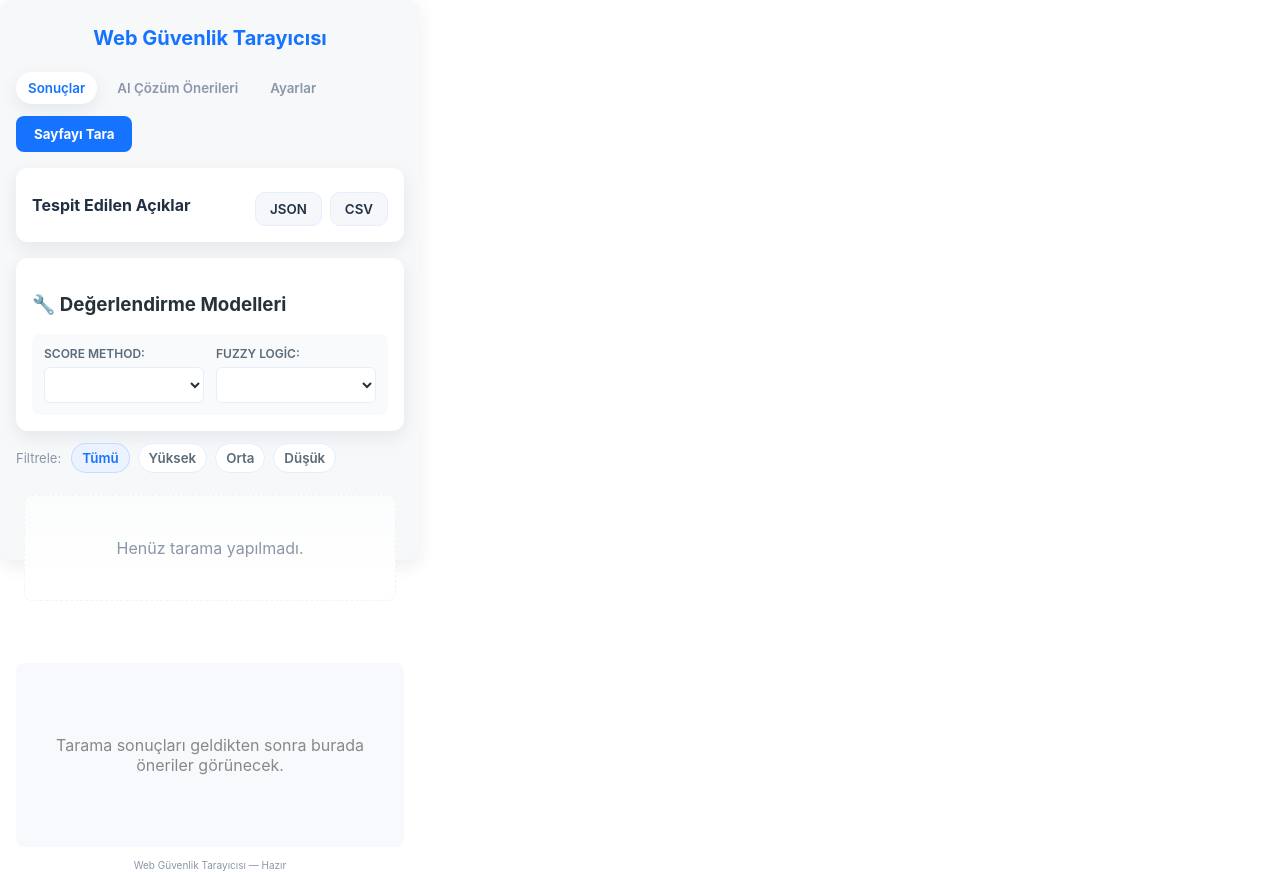
Repository: seliinduru/chrome-vuln-scanner
Page: popup.html
These files come from the project's save history. The page is drawn as it stood at one moment and after the next save; the edit follows.
The browser window is 1280 px wide. The pictures show the whole page.

Above is the page before, as saved 2025-11-05 19:17:17.
Console error: SyntaxError: Unexpected end of input

### popup.html
<!doctype html>
<html lang="tr">
<head>
  <meta charset="utf-8" />
  <title>Web Güvenlik Tarayıcısı</title>
  <link rel="stylesheet" href="styles.css">
</head>
<body>
  <div class="modal">
    <header class="modal-header">
      <h1>Web Güvenlik Tarayıcısı</h1>
    </header>

    <nav class="tabs">
      <button class="tab active" data-tab="results">Sonuçlar</button>
      <button class="tab" data-tab="ai">AI Çözüm Önerileri</button>
      <button class="tab" data-tab="settings">Ayarlar</button>
    </nav>

    <!-- === ANA İÇERİK ALANI === -->
    <div class="main-content">

      <!-- =================================================================== -->
      <!-- === SONUÇLAR SEKMESİ İÇERİĞİ === -->
      <!-- =================================================================== -->
      <section id="results" class="tab-content active">
        <div class="controls">
          <button id="scanBtn" class="primary">Sayfayı Tara</button>
        </div>
        <div class="card">
          <div class="card-title">
            <h2>Tespit Edilen Açıklar</h2>
            <div class="export-buttons">
              <button id="exportJson" title="JSON">JSON</button>
              <button id="exportCsv" title="CSV">CSV</button>
            </div>
          </div>
        </div>
        <div class="card">
          <h3>🔧 Değerlendirme Modelleri</h3>
          <div class="model-selector">
            <div class="model-group">
              <label>Score Method:</label>
              <select id="scoreMethodSelect"></select>
            </div>
            <div class="model-group">
              <label>Fuzzy Logic:</label>
              <select id="fuzzyLogicSelect"></select>
            </div>
          </div>
        </div>
        <div class="filters">
          <span>Filtrele:</span>
          <div class="filter-buttons">
            <button class="filter active" data-sev="all">Tümü</button>
            <button class="filter" data-sev="high">Yüksek</button>
            <button class="filter" data-sev="medium">Orta</button>
            <button class="filter" data-sev="low">Düşük</button>
          </div>
        </div>

        <!-- YENİ: Liste ve Detayları içeren Konteyner -->
        <div id="resultsContainer">
          <!-- Zafiyet Listesi -->
          <div id="vulnList" class="vuln-list">
            <div class="empty-state">
              <p>Henüz tarama yapılmadı.</p>
            </div>
          </div>
          <!-- Zafiyet Detayları (Başlangıçta Gizli) -->
          <div id="vulnDetails" style="display: none;">
            <!-- Detay içeriği JS tarafından eklenecek -->
          </div>
        </div>

      </section>

      <!-- =================================================================== -->
      <!-- === AI ÇÖZÜM ÖNERİLERİ SEKMESİ İÇERİĞİ === -->
      <!-- =================================================================== -->
      <section id="ai" class="tab-content">
        <div class="card">
          <div id="aiSuggestions">
            <p class="muted">Tarama sonuçları geldikten sonra burada öneriler görünecek.</p>
          </div>
        </div>
      </section>

    </div> <!-- Ana İçerik Alanı Bitişi -->


    <footer class="modal-footer">
      <small>Web Güvenlik Tarayıcısı — <span id="statusText">Hazır</span></small>
    </footer>
  </div>
  <script src="popup.js"></script>
</body>
</html>

### popup.js
// popup.js - DETAY PANELİ ÖZELLİĞİ EKLENMİŞ NİHAİ VERSİYON

document.addEventListener('DOMContentLoaded', () => {

    // =========================================================================
    // GLOBAL STATE & DOM ELEMENTS
    // =========================================================================
    let currentVulns = [];
    let currentFilter = 'all';
    let selectedModels = { scoreMethod: 'gpt', fuzzyLogic: 'gpt' };
    let fuzzyLogicConfig = null;
    let scoreMethods = null;
    let isScanning = false;

    // DOM Elementleri
    const scanBtn = document.getElementById('scanBtn');
    const vulnList = document.getElementById('vulnList');
    const statusText = document.getElementById('statusText');
    const scoreMethodSelect = document.getElementById('scoreMethodSelect');
    const fuzzyLogicSelect = document.getElementById('fuzzyLogicSelect');
    const aiSuggestions = document.getElementById('aiSuggestions');
    const exportJsonBtn = document.getElementById('exportJson');
    const exportCsvBtn = document.getElementById('exportCsv');
    // YENİ DOM ELEMENTLERİ
    const vulnDetails = document.getElementById('vulnDetails');

    // =========================================================================
    // HELPER FUNCTIONS
    // =========================================================================
    const setStatus = (message) => { if (statusText) statusText.textContent = message; };
    const filterVulns = (vulns) => { if (currentFilter === 'all') return vulns; return vulns.filter(v => (v.severity || 'medium').toLowerCase() === currentFilter); };
    const downloadFile = (content, fileName, contentType) => { /* ... değişiklik yok ... */ };

    // =========================================================================
    // SCORE & FUZZY LOGIC ENGINES (Değişiklik yok)
    // =========================================================================
    const ScoreCalculator = { /* ... değişiklik yok ... */ };
    const FuzzyLogicEngine = { /* ... değişiklik yok ... */ };

    // =========================================================================
    // CORE LOGIC & RENDERING
    // =========================================================================
    const generateHybridResults = () => { /* ... değişiklik yok ... */ };
    const renderAiSuggestions = (vulns) => { /* ... değişiklik yok ... */ };

    // --- YENİ FONKSİYON: ZAFİYET DETAYLARINI GÖSTER ---
    const showVulnDetails = (vuln) => {
        if (!vuln || !vulnDetails) return;

        // Evidence'ı formatla
        const evidenceContent = vuln.evidence
            ? JSON.stringify(vuln.evidence, null, 2).replace(/</g, "&lt;").replace(/>/g, "&gt;")
            : 'Kanıt bulunamadı.';

        // Detay panelinin HTML içeriğini oluştur
        vulnDetails.innerHTML = `
            <div class="card detail-card">
                <button id="backToListBtn" class="back-button">← Sonuçlara Geri Dön</button>
                <div class="vuln-header">
                    <span class="vuln-severity severity-${vuln.severity}">${vuln.fuzzySeverity} (${vuln.llmScore}/100)</span>
                    <h4>${vuln.title}</h4>
                </div>
                <p class="detail-description">${vuln.details}</p>

                <h5>Risk Faktörleri</h5>
                <ul class="detail-factors">
                    <li><strong>Zafiyet Türü:</strong> ${vuln.type.toUpperCase()}</li>
                    <li><strong>Bulunduğu Yer:</strong> ${vuln.location}</li>
                    <li><strong>Tespit Sayısı:</strong> ${vuln.matchCount}</li>
                </ul>

                <h5>Teknik Kanıt (Evidence)</h5>
                <pre class="detail-evidence">${evidenceContent}</pre>
            </div>
        `;

        // Geri dön butonuna tıklama olayı ekle
        document.getElementById('backToListBtn').addEventListener('click', () => {
            vulnList.style.display = 'block';
            vulnDetails.style.display = 'none';
        });

        // Liste'yi gizle, detayları göster
        vulnList.style.display = 'none';
        vulnDetails.style.display = 'block';
    };

    const renderVulns = () => {
        if (!vulnList) return;

        // Başlangıçta detay panelini gizle, listeyi göster
        vulnDetails.style.display = 'none';
        vulnList.style.display = 'block';

        if (!fuzzyLogicConfig || !scoreMethods) {
            setStatus("Hata: Değerlendirme modelleri yüklenemedi.");
            vulnList.innerHTML = `<div class="empty-state"><p>Arka plan betiğinde hata oluştu.</p></div>`;
            return;
        }

        generateHybridResults();
        const filteredVulns = filterVulns(currentVulns);
        vulnList.innerHTML = '';
        if (filteredVulns.length === 0) {
            vulnList.innerHTML = '<div class="empty-state"><p>Tarama sonucu bulunamadı.</p></div>';
            setStatus(`Kullanıma hazır.`);
            return;
        }

        filteredVulns.forEach(vuln => {
            const item = document.createElement('div');
            const sevClass = (vuln.severity || 'medium').toLowerCase();
            item.className = `vuln-item severity-${sevClass} clickable`; // "clickable" sınıfı eklendi

            // Veri-indeksi ekleyerek hangi zafiyete tıklandığını bileceğiz
            item.dataset.vulnIndex = currentVulns.indexOf(vuln);

            item.innerHTML = `
                <div class="vuln-header">
                    <span class="vuln-severity ${sevClass}">${vuln.fuzzySeverity || 'Orta'} (${vuln.llmScore || 'N/A'}/100)</span>
                    <h4>${vuln.title || 'Bilinmeyen Açık'} (${vuln.type.toUpperCase()})</h4>
                </div>
                <p class="vuln-details">${vuln.details}</p>`;

            // Her bir zafiyet öğesine tıklama olayı ekle
            item.addEventListener('click', () => {
                const index = parseInt(item.dataset.vulnIndex, 10);
                showVulnDetails(currentVulns[index]);
            });

            vulnList.appendChild(item);
        });
        setStatus(`Tarama tamamlandı — ${filteredVulns.length} açık bulundu`);
    };

    // =========================================================================
    // COMMUNICATION & INITIALIZATION (Değişiklik yok)
    // =========================================================================
    const startScan = async () => { /* ... öncekiyle aynı ... */ };
    const loadInitialData = async () => { /* ... öncekiyle aynı ... */ };

    // =========================================================================
    // EVENT LISTENERS & INITIAL LOAD (Değişiklik yok)
    // =========================================================================
    // ...
    // KODUNUZDAKİ MEVCUT EVENT LISTENER'LARI VE loadInitialData() ÇAĞRISINI BURADA TUTUN
    // ...
});


// === KOPYALA-YAPIŞTIR KOLAYLIĞI İÇİN TÜM KOD ===
// Lütfen yukarıdaki açıklamaları okuduktan sonra mevcut popup.js dosyanızı aşağıdakiyle değiştirin.
document.addEventListener('DOMContentLoaded', () => {
    let currentVulns = []; let currentFilter = 'all'; let selectedModels = { scoreMethod: 'gpt', fuzzyLogic: 'gpt' }; let fuzzyLogicConfig = null; let scoreMethods = null; let isScanning = false;
    const scanBtn = document.getElementById('scanBtn'); const vulnList = document.getElementById('vulnList'); const statusText = document.getElementById('statusText'); const scoreMethodSelect = document.getElementById('scoreMethodSelect'); const fuzzyLogicSelect = document.getElementById('fuzzyLogicSelect'); const aiSuggestions = document.getElementById('aiSuggestions'); const exportJsonBtn = document.getElementById('exportJson'); const exportCsvBtn = document.getElementById('exportCsv'); const vulnDetails = document.getElementById('vulnDetails');
    const setStatus = (message) => { if (statusText) statusText.textContent = message; };
    const filterVulns = (vulns) => { if (currentFilter === 'all') return vulns; return vulns.filter(v => (v.severity || 'medium').toLowerCase() === currentFilter); };
    const downloadFile = (content, fileName, contentType) => { const a = document.createElement("a"); const file = new Blob([content], { type: contentType }); a.href = URL.createObjectURL(file); a.download = fileName; a.click(); URL.revokeObjectURL(a.href); };
    const ScoreCalculator = {
        calculateScore: (vuln, config, modelName) => {
            if (!config || !config.typeWeights) return 50;
            const { typeWeights, locationWeights } = config;
            const typeWeight = typeWeights[vuln.type] || 0.5;
            const locationWeight = locationWeights[vuln.location] || 0.5;
            const matchCount = vuln.matchCount || 1;
            const httpsPresent = !vuln.contextFactors;
            const userInteractionRequired = vuln.userInteractionRequired;
            const isMaliciousURL = vuln.isMaliciousURL;
            let matchCountNorm = 0, contextWeight = 0, score = 0;
            if (modelName === 'gemini') { matchCountNorm = Math.min(matchCount / 8, 1); contextWeight = (httpsPresent ? 0.25 : 0.75) + (userInteractionRequired ? -0.15 : 0.15) + (isMaliciousURL ? 0.35 : 0); score = ((typeWeight + locationWeight) / 2) * 0.6 + (matchCountNorm * 0.25) + (contextWeight * 0.15); } else if (modelName === 'deepseek') { matchCountNorm = Math.min(matchCount / 12, 1); contextWeight = (httpsPresent ? 0.35 : 0.85) + (userInteractionRequired ? -0.25 : 0.2) + (isMaliciousURL ? 0.45 : 0); score = (typeWeight * 0.35) + (locationWeight * 0.25) + (matchCountNorm * 0.25) + (contextWeight * 0.15); } else { matchCountNorm = Math.min(matchCount / 10, 1); contextWeight = (httpsPresent ? 0.3 : 0.8) + (userInteractionRequired ? -0.2 : 0.1) + (isMaliciousURL ? 0.4 : 0); score = (typeWeight * 0.4) + (locationWeight * 0.2) + (matchCountNorm * 0.2) + (contextWeight * 0.2); }
            return Math.round(Math.max(0, Math.min(1, score)) * 100);
        }
    };
    const FuzzyLogicEngine = {
        evaluate: (vuln, config) => {
             if (!config || !config.rules) return { score: 50, label: "Orta" };
            const { rules, outputs } = config;
            let totalWeightedScore = 0, totalWeight = 0, finalLabel = "Düşük";
            rules.forEach(rule => { const score = outputs[rule.then]?.score || 5; totalWeightedScore += score; totalWeight += 1; finalLabel = outputs[rule.then]?.label || "Orta"; });
            if (totalWeight === 0) return { score: 20, label: "Düşük" };
            return { score: Math.round((totalWeightedScore / totalWeight) * 10), label: finalLabel };
        }
    };
    const generateHybridResults = () => {
        if (!fuzzyLogicConfig || !scoreMethods) return;
        const scoreConfig = scoreMethods.llmModels[selectedModels.scoreMethod];
        const fuzzyConfig = fuzzyLogicConfig.llmModels[selectedModels.fuzzyLogic];
        if (!scoreConfig || !fuzzyConfig) return;
        currentVulns.forEach(vuln => {
            const scoreResult = ScoreCalculator.calculateScore(vuln, scoreConfig, selectedModels.scoreMethod);
            const fuzzyResult = FuzzyLogicEngine.evaluate(vuln, fuzzyConfig);
            vuln.llmScore = Math.round((scoreResult * 0.5) + (fuzzyResult.score * 0.5));
            vuln.fuzzySeverity = fuzzyResult.score > scoreResult ? fuzzyResult.label : (scoreResult > 70 ? 'Yüksek' : 'Orta');
            vuln.severity = vuln.fuzzySeverity.toLowerCase().replace('kritik', 'high');
        });
    };
    const renderAiSuggestions = (vulns) => {
        if (!aiSuggestions) return;
        if (!vulns || vulns.length === 0) { aiSuggestions.innerHTML = '<p class="muted">Öneri gösterecek bir açık bulunamadı.</p>'; return; }
        let suggestionsHTML = '<h3>Önerilen Çözümler</h3>'; const suggestionMap = {};
        vulns.forEach(vuln => {
            if (suggestionMap[vuln.type]) return;
            switch (vuln.type) {
                case 'xss': suggestionsHTML += `<div class="ai-advice"><h4>XSS Zafiyetleri İçin</h4><p>Kullanıcıdan gelen verileri DOM'a yazdırırken <strong>textContent</strong> kullanın...</p></div>`; suggestionMap.xss = true; break;
                case 'csp': suggestionsHTML += `<div class="ai-advice"><h4>CSP Eksikliği İçin</h4><p>HTTP başlıklarına katı bir <strong>Content-Security-Policy</strong> ekleyin...</p></div>`; suggestionMap.csp = true; break;
                case 'csrf': case 'cookie': suggestionsHTML += `<div class="ai-advice"><h4>Cookie & CSRF Güvenliği</h4><p>Tüm oturum cookielerinin <strong>HttpOnly</strong>, <strong>Secure</strong> ve <strong>SameSite=Lax/Strict</strong> bayraklarına sahip olduğundan emin olun...</p></div>`; suggestionMap.csrf = true; suggestionMap.cookie = true; break;
            }
        });
        aiSuggestions.innerHTML = Object.keys(suggestionMap).length > 0 ? suggestionsHTML : '<p class="muted">Bu açık türleri için henüz bir öneri tanımlanmadı.</p>';
    };
    const showVulnDetails = (vuln) => {
        if (!vuln || !vulnDetails) return;
        const evidenceContent = vuln.evidence ? JSON.stringify(vuln.evidence, null, 2).replace(/</g, "&lt;").replace(/>/g, "&gt;") : 'Kanıt bulunamadı.';
        vulnDetails.innerHTML = `
            <div class="card detail-card">
                <button id="backToListBtn" class="back-button">← Sonuçlara Geri Dön</button>
                <div class="vuln-header">
                    <span class="vuln-severity severity-${vuln.severity}">${vuln.fuzzySeverity} (${vuln.llmScore}/100)</span>
                    <h4>${vuln.title}</h4>
                </div>
                <p class="detail-description">${vuln.details}</p>
                <h5>Risk Faktörleri</h5>
                <ul class="detail-factors">
                    <li><strong>Zafiyet Türü:</strong> ${vuln.type.toUpperCase()}</li>
                    <li><strong>Bulunduğu Yer:</strong> ${vuln.location}</li>
                    <li><strong>Tespit Sayısı:</strong> ${vuln.matchCount}</li>
                </ul>
                <h5>Teknik Kanıt (Evidence)</h5>
                <pre class="detail-evidence">${evidenceContent}</pre>
            </div>
        `;
        document.getElementById('backToListBtn').addEventListener('click', () => {
            vulnList.style.display = 'block';
            vulnDetails.style.display = 'none';
        });
        vulnList.style.display = 'none';
        vulnDetails.style.display = 'block';
    };
    const renderVulns = () => {
        if (!vulnList) return;
        vulnDetails.style.display = 'none';
        vulnList.style.display = 'block';
        if (!fuzzyLogicConfig || !scoreMethods) { setStatus("Hata: Değerlendirme modelleri yüklenemedi."); vulnList.innerHTML = `<div class="empty-state"><p>Arka plan betiğinde hata oluştu.</p></div>`; return; }
        generateHybridResults();
        const filteredVulns = filterVulns(currentVulns);
        vulnList.innerHTML = '';
        if (filteredVulns.length === 0) { vulnList.innerHTML = '<div class="empty-state"><p>Tarama sonucu bulunamadı.</p></div>'; setStatus(`Kullanıma hazır.`); return; }
        filteredVulns.forEach((vuln, index) => {
            const item = document.createElement('div');
            const sevClass = (vuln.severity || 'medium').toLowerCase();
            item.className = `vuln-item severity-${sevClass} clickable`;
            item.dataset.vulnIndex = index; // Doğrudan index'i kullanalım
            item.innerHTML = `<div class="vuln-header"><span class="vuln-severity ${sevClass}">${vuln.fuzzySeverity || 'Orta'} (${vuln.llmScore || 'N/A'}/100)</span><h4>${vuln.title || 'Bilinmeyen Açık'} (${vuln.type.toUpperCase()})</h4></div><p class="vuln-details">${vuln.details}</p>`;
            item.addEventListener('click', () => {
                showVulnDetails(filteredVulns[parseInt(item.dataset.vulnIndex, 10)]);
            });
            vulnList.appendChild(item);
        });
        setStatus(`Tarama tamamlandı — ${filteredVulns.length} açık bulundu`);
    };
    const startScan = async () => {
        if (isScanning || !fuzzyLogicConfig) return;
        isScanning = true; scanBtn.disabled = true; scanBtn.textContent = 'Taranıyor...'; setStatus('Tarama başlıyor...');
        try {
            const [tab] = await chrome.tabs.query({ active: true, currentWindow: true });
            if (!tab || !tab.id) throw new Error("Aktif sekme bulunamadı.");
            await chrome.scripting.executeScript({ target: { tabId: tab.id }, files: ['content.js'] });
            await new Promise(resolve => setTimeout(resolve, 100));
            const response = await chrome.tabs.sendMessage(tab.id, { action: 'scanPage' });
            currentVulns = response?.vulnerabilities || [];
            chrome.runtime.sendMessage({ action: 'vulnerabilitiesDetected', vulnerabilities: currentVulns });
        } catch (error) { console.error('Tarama hatası:', error.message); setStatus(`Tarama hatası.`); currentVulns = []; } finally { isScanning = false; scanBtn.disabled = false; scanBtn.textContent = 'Sayfayı Tara'; renderVulns(); }
    };
    const loadInitialData = async () => {
        try {
            const [fuzzyRes, scoreRes, vulnsRes] = await Promise.all([ chrome.runtime.sendMessage({ action: "getFuzzyLogic" }), chrome.runtime.sendMessage({ action: "getScoreMethods" }), chrome.runtime.sendMessage({ action: "getVulns" }) ]);
            if (fuzzyRes?.error) throw new Error(fuzzyRes.error); if (scoreRes?.error) throw new Error(scoreRes.error);
            fuzzyLogicConfig = fuzzyRes?.fuzzyLogic; scoreMethods = scoreRes?.scoreMethods; currentVulns = vulnsRes?.vulnerabilities || [];
            if (fuzzyLogicConfig && scoreMethods) {
                Object.keys(fuzzyLogicConfig.llmModels).forEach(key => scoreMethodSelect.add(new Option(key.toUpperCase(), key)));
                scoreMethodSelect.value = selectedModels.scoreMethod;
                Object.keys(scoreMethods.llmModels).forEach(key => scoreMethodSelect.add(new Option(key.toUpperCase(), key)));
                fuzzyLogicSelect.value = selectedModels.fuzzyLogic;
                scanBtn.disabled = false;
            } else { throw new Error("Yapılandırma dosyaları boş veya hatalı geldi."); }
        } catch (error) { console.error("Başlangıç verileri yüklenemedi:", error.message); setStatus(`Hata: ${error.message}`); scanBtn.disabled = true; } finally { renderVulns(); }
    };

    scanBtn.disabled = true;
    scanBtn.addEventListener('click', startScan);
    scoreMethodSelect.addEventListener('change',

Loaded but not shown: styles.css (605 lines, source omitted)

After the next save:
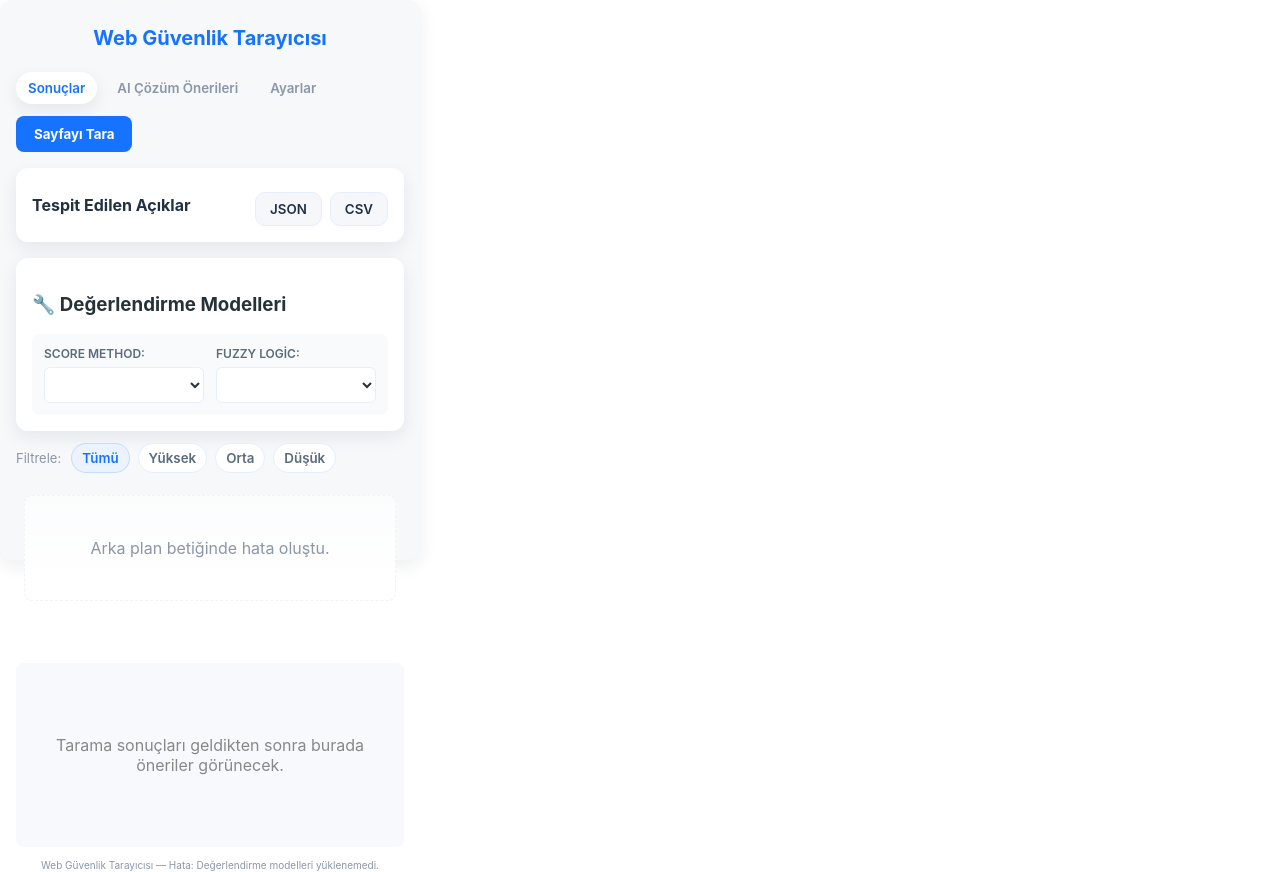
The error is gone.
Saved 11 s later.
--- a/popup.js
+++ b/popup.js
@@ -288,4 +288,39 @@ document.addEventListener('DOMContentLoaded', () => {
 
     scanBtn.disabled = true;
     scanBtn.addEventListener('click', startScan);
-    scoreMethodSelect.addEventListener('change',
+    scoreMethodSelect.addEventListener('change', () => { selectedModels.scoreMethod = scoreMethodSelect.value; renderVulns(); });
+    fuzzyLogicSelect.addEventListener('change', () => { selectedModels.fuzzyLogic = fuzzyLogicSelect.value; renderVulns(); });
+    document.querySelectorAll('.filter').forEach(btn => {
+        btn.addEventListener('click', () => { document.querySelector('.filter.active')?.classList.remove('active'); btn.classList.add('active'); currentFilter = btn.dataset.sev; renderVulns(); });
+    });
+    document.querySelectorAll('.tab').forEach(tabButton => {
+        tabButton.addEventListener('click', (event) => {
+            const clickedTabId = event.currentTarget.dataset.tab;
+            if (clickedTabId === 'settings') { window.location.href = 'settings.html'; return; }
+            document.querySelectorAll('.tab.active, .tab-content.active').forEach(el => el.classList.remove('active'));
+            event.currentTarget.classList.add('active');
+            document.getElementById(clickedTabId)?.classList.add('active');
+            if (clickedTabId === 'ai') { renderAiSuggestions(currentVulns); }
+        });
+    });
+    if (exportJsonBtn) {
+        exportJsonBtn.addEventListener('click', () => {
+            if (currentVulns.length === 0) { alert("Dışa aktarılacak bir zafiyet bulunamadı."); return; }
+            const jsonData = JSON.stringify(currentVulns, null, 2);
+            downloadFile(jsonData, 'vulnerabilities.json', 'application/json');
+        });
+    }
+    if (exportCsvBtn) {
+        exportCsvBtn.addEventListener('click', () => {
+            if (currentVulns.length === 0) { alert("Dışa aktarılacak bir zafiyet bulunamadı."); return; }
+            const headers = ['severity', 'score', 'title', 'type', 'details'];
+            let csvContent = headers.join(',') + '\r\n';
+            currentVulns.forEach(vuln => {
+                const row = [ vuln.fuzzySeverity || 'N/A', vuln.llmScore || 'N/A', `"${(vuln.title || '').replace(/"/g, '""')}"`, vuln.type || 'N/A', `"${(vuln.details || '').replace(/"/g, '""')}"` ];
+                csvContent += row.join(',') + '\r\n';
+            });
+            downloadFile(csvContent, 'vulnerabilities.csv', 'text/csv;charset=utf-8;');
+        });
+    }
+    loadInitialData();
+});
